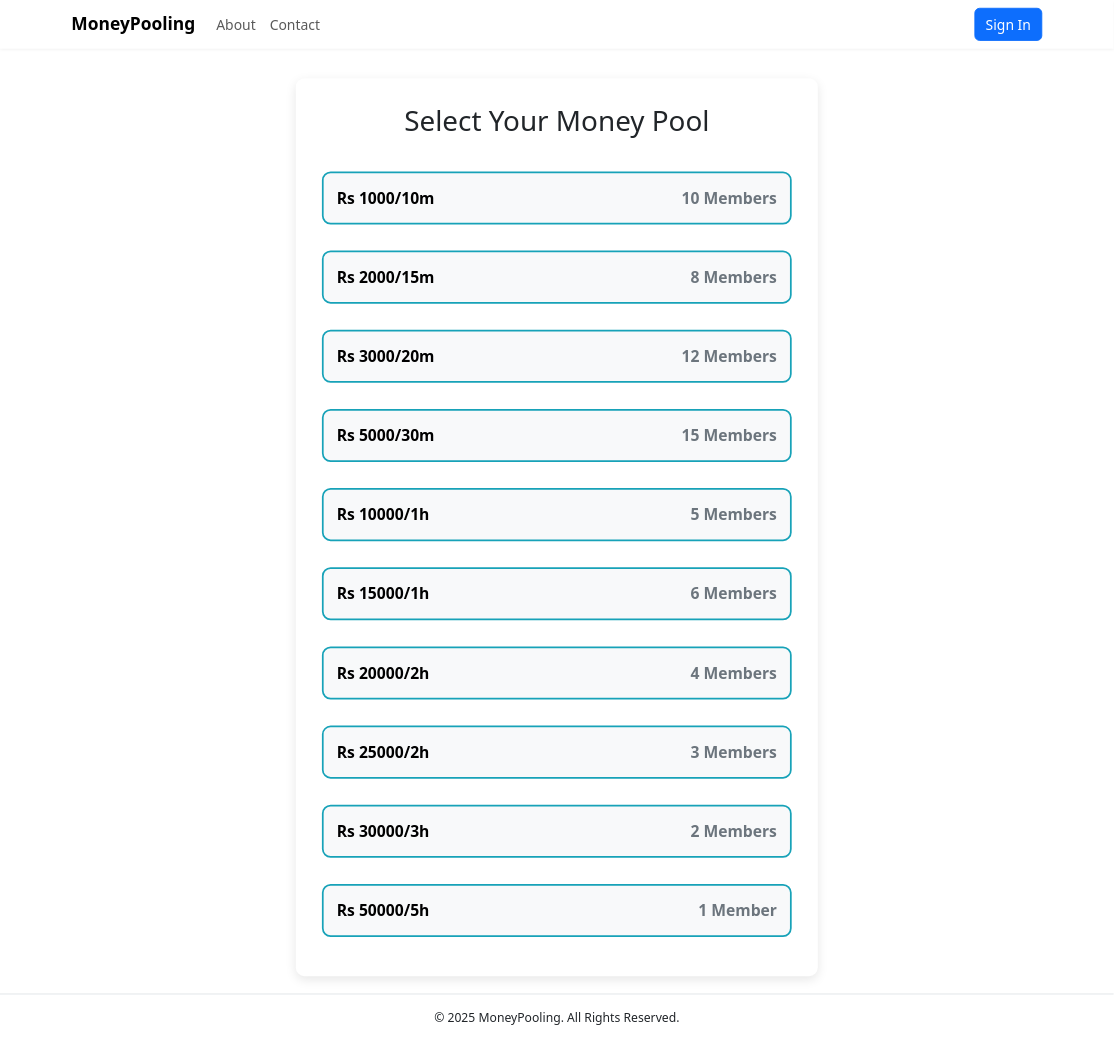
Repository: xxgautm420/MoneyPool
Page: templates/Index.html
These files come from the project's save history. The page is drawn as it stood at one moment and after the next save; the edit follows.
The browser window is 1280 px wide. The pictures show the whole page, at 87% of full size.
The page is served by the project's application, run on Flask 3 (app.py). The template is opened directly, without the code that normally fills it, so the values that code supplies are empty.

Above is the page before, as saved 2025-03-02 10:06:32.
Console error: ReferenceError: closeAboutForm is not defined

After the next save:
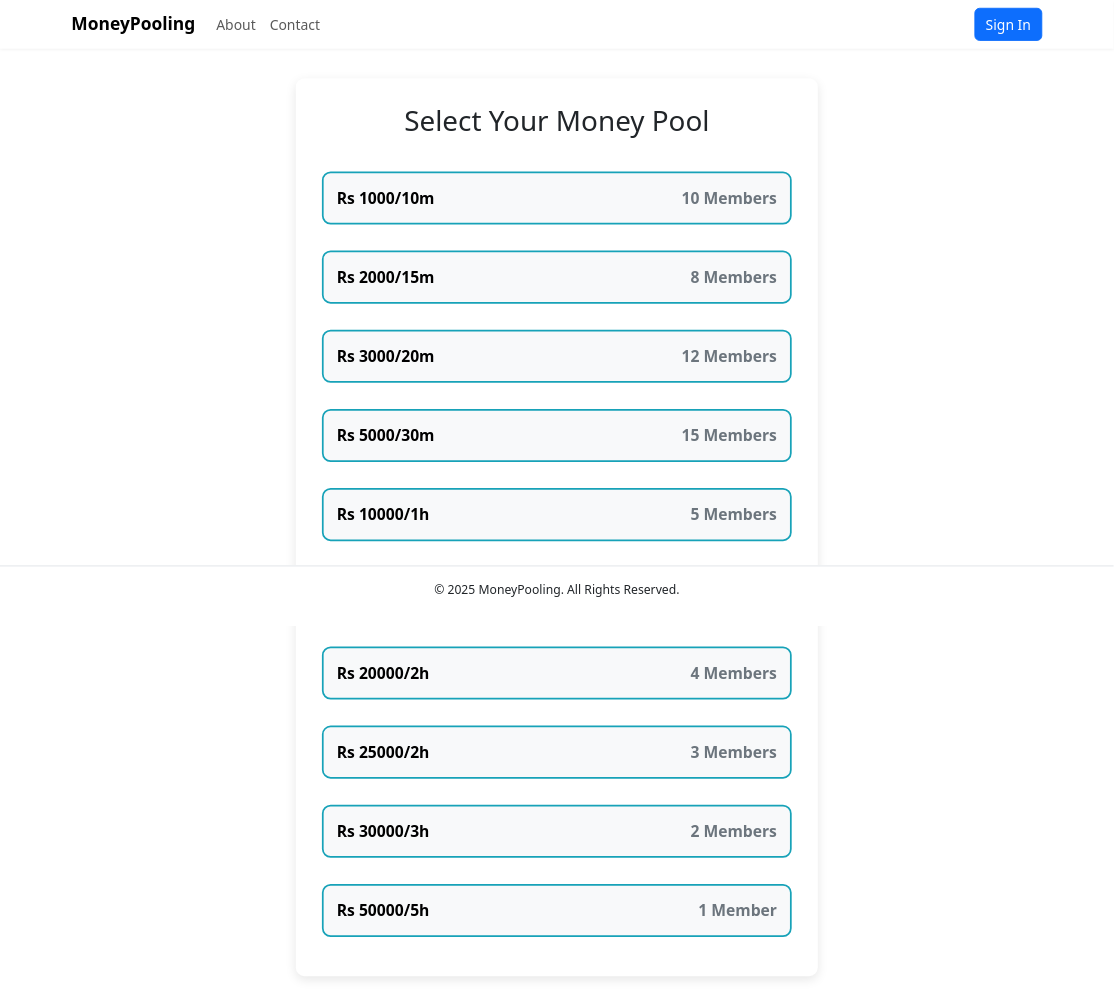
Saved 4 min 36 s later.
--- a/static/Css/style.css
+++ b/static/Css/style.css
@@ -84,6 +84,8 @@ body {
     box-shadow: 0 4px 12px rgba(0, 0, 0, 0.3);
     text-align: center;
     width: 350px;
+    max-height: 80%; /* Ensure the login box doesn't exceed the height */
+    overflow-y: auto; /* Enable scrolling within the login box if needed */
 }
 
 .login-box h3 {
@@ -104,6 +106,24 @@ body {
     margin-top: 5px;
 }
 
+/* Close Button at Top Right */
+.close-button {
+    position: absolute;
+    top: 10px;
+    right: 10px;
+    background-color: #dc3545;
+    color: white;
+    border: none;
+    padding: 0.5em 1em;
+    border-radius: 5px;
+    cursor: pointer;
+    transition: background-color 0.3s;
+}
+
+.close-button:hover {
+    background-color: #c82333;
+}
+
 /* Join Pool Form (Similar to Login Form) */
 #joinPoolForm .login-box {
     background: white;
@@ -112,6 +132,8 @@ body {
     box-shadow: 0 4px 12px rgba(0, 0, 0, 0.3);
     text-align: center;
     width: 350px;
+    max-height: 80%; /* Ensure the join pool box doesn't exceed the height */
+    overflow-y: auto; /* Enable scrolling within the join pool box if needed */
 }
 
 #joinPoolForm .login-box h3 {
@@ -132,6 +154,21 @@ footer {
     padding: 10px;
     font-size: 14px;
     border-top: 1px solid #dee2e6;
-    position: relative; /* Ensure footer is at the bottom */
-    margin-top: auto; /* Push footer to the bottom of the page */
+    position: fixed; /* Ensure footer stays at the bottom */
+    bottom: 0;
+    left: 0;
+    right: 0;
 }
+
+/* About Form Container */
+#aboutFormContainer .login-box {
+    background: white;
+    padding: 20px;
+    border-radius: 10px;
+    box-shadow: 0 4px 12px rgba(0, 0, 0, 0.3);
+    text-align: center;
+    width: 80%;
+    max-width: 600px;
+    max-height: 80%; /* Ensure the about form box doesn't exceed the height */
+    overflow-y: auto; /* Enable scrolling within the about form box if needed */
+}
